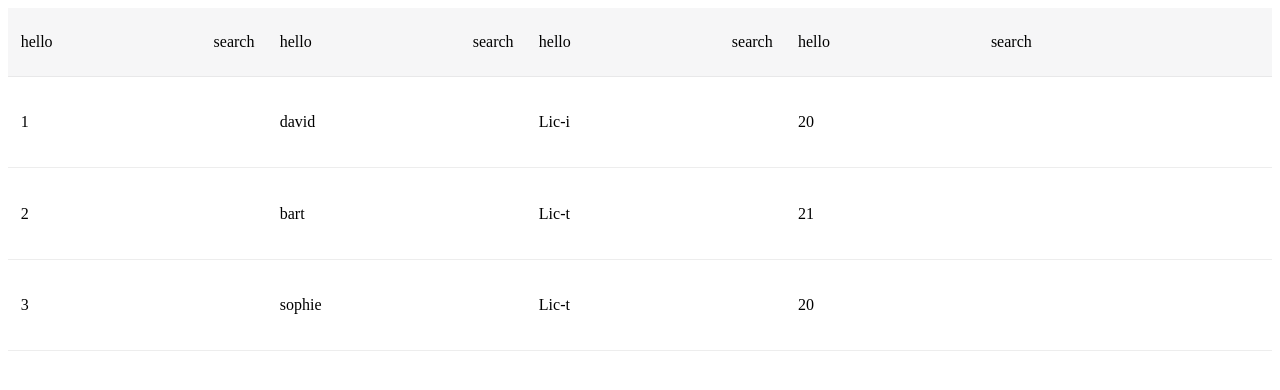
Repository: mrDav90/simple-htmlTable-generator
Page: index.html
These files come from the project's save history. The page is drawn as it stood at one moment and after the next save; the edit follows.
The browser window is 1280 px wide. The pictures show the whole page.

Above is the page before, as saved 2022-08-09 15:31:18.

After the next save:
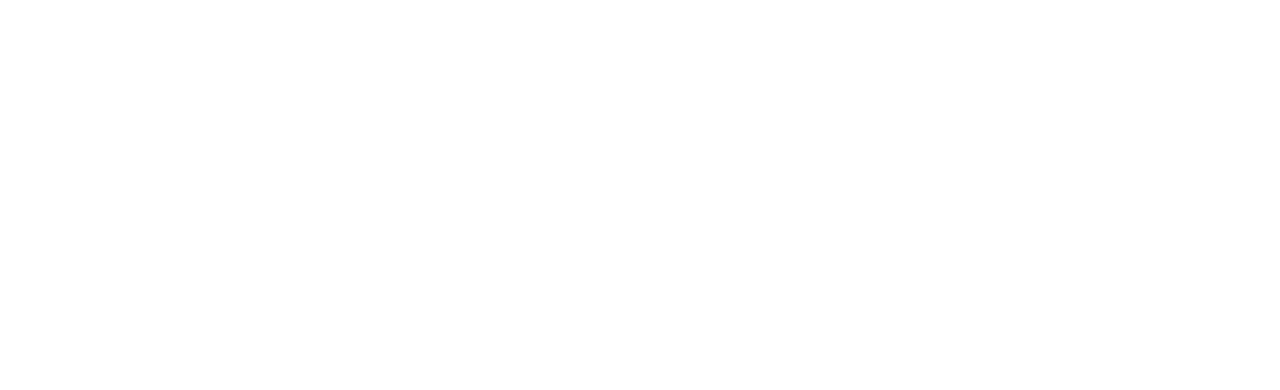
Console error: ReferenceError: editItemItem is not defined
Saved 8 min 59 s later.
--- a/index.html
+++ b/index.html
@@ -88,7 +88,8 @@
                                     //td.textContent = "options"
                                     let optionContent = document.createElement("div");
                                     optionContent.classList = "optionContent";
-                                    let editItem = document.createElement("i");
+                                    let editItem = document.createElement("div");
+                                    editItemItem.textContent = "update"
                                     editItem.classList = "fa-light fa-pen-to-square";
                                     let deleteItem = document.createElement("i");
                                     editItem.classList = "fa-light fa-trash";

After the 2 saves that followed:
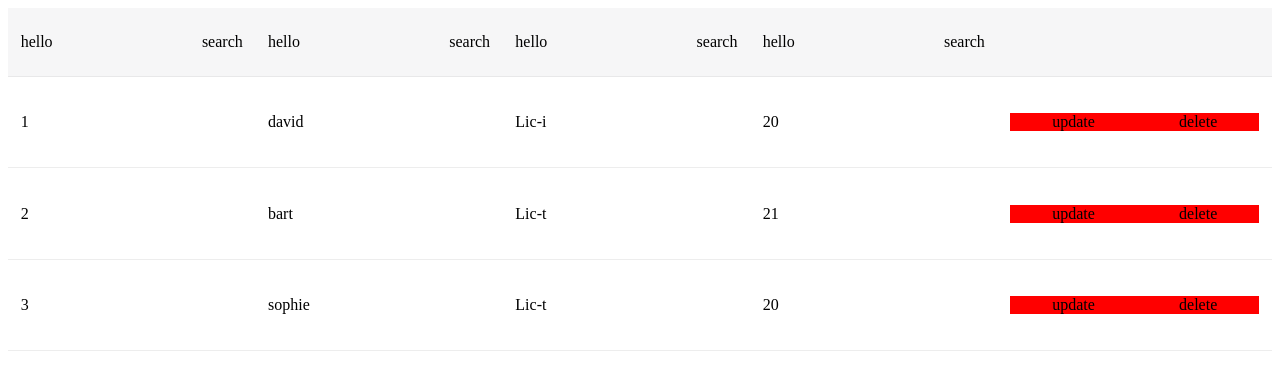
The error is gone.
The 2 saves are shown as one change because 1 left the picture as it was.
The last was saved 28 s later.
--- a/index.html
+++ b/index.html
@@ -89,9 +89,11 @@
                                     let optionContent = document.createElement("div");
                                     optionContent.classList = "optionContent";
                                     let editItem = document.createElement("div");
-                                    editItemItem.textContent = "update"
-                                    editItem.classList = "fa-light fa-pen-to-square";
-                                    let deleteItem = document.createElement("i");
+                                    editItem.textContent = "update"
+
+                                    let deleteItem = document.createElement("div");
+                                    deleteItem.textContent = "delete"
+
                                     editItem.classList = "fa-light fa-trash";
                                     optionContent.appendChild(editItem);
                                     optionContent.appendChild(deleteItem);
